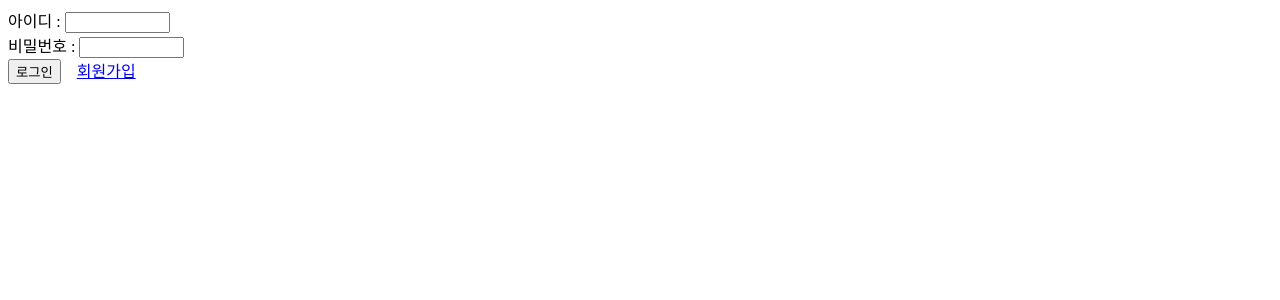
Repository: SeungMok/login_practice
Page: http://localhost/Login_practice/login.jsp
The author's editor kept a copy of each file at every save. The page is drawn from the files as they stood at one save, then again after the next save.
The browser window is 1280 px wide. The pictures show the whole page.
The page is served by Tomcat 9.

Above is the page before, as saved 2020-03-19 17:10:47.

After the next save:
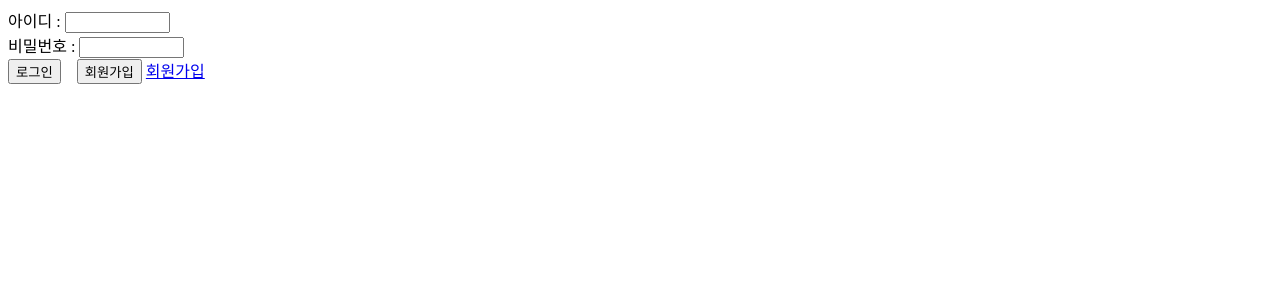
Saved 24 s later.
--- a/Login_practice/WebContent/login.jsp
+++ b/Login_practice/WebContent/login.jsp
@@ -12,6 +12,7 @@
 		비밀번호 : <input type="password" name="pw" size=10></br>
 		<input type="submit" value="로그인"> &nbsp;&nbsp;
 		<iuput type="button" value="회원가입" onclick="javascript:window.location='join.jsp'">
+		<input type="button" value="회원가입">
 		<a href="join.html"> 회원가입</a>
 	</form>
 </body>

After the 3 saves that followed:
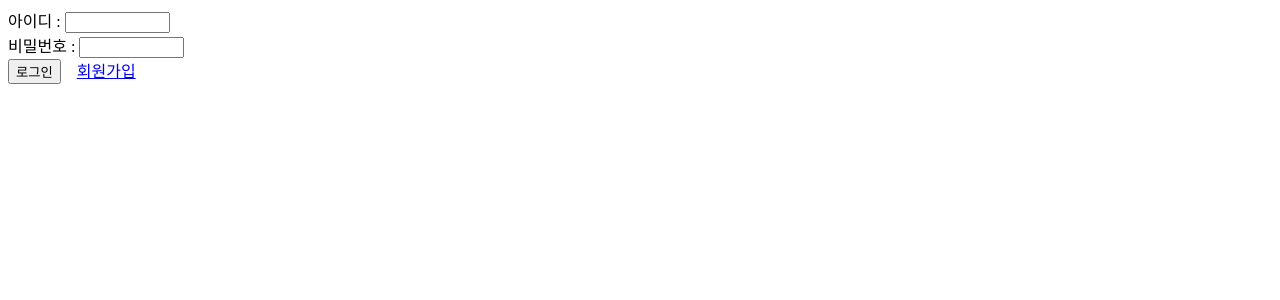
The 3 saves are shown as one change because 1 did not build or start and 1 left the picture as it was.
The last was saved 6 min 2 s later.
--- a/Login_practice/WebContent/login.jsp
+++ b/Login_practice/WebContent/login.jsp
@@ -11,8 +11,7 @@
 		아이디 : <input type="text" name="id" value="<%if(session.getAttribute("id")!=null) out.println(session.getAttribute("id")); %>" size=10></br>
 		비밀번호 : <input type="password" name="pw" size=10></br>
 		<input type="submit" value="로그인"> &nbsp;&nbsp;
-		<iuput type="button" value="회원가입" onclick="javascript:window.location='join.jsp'">
-		<input type="button" value="회원가입">
+		<iuput type="button" value="회원가입" >
 		<a href="join.html"> 회원가입</a>
 	</form>
 </body>
